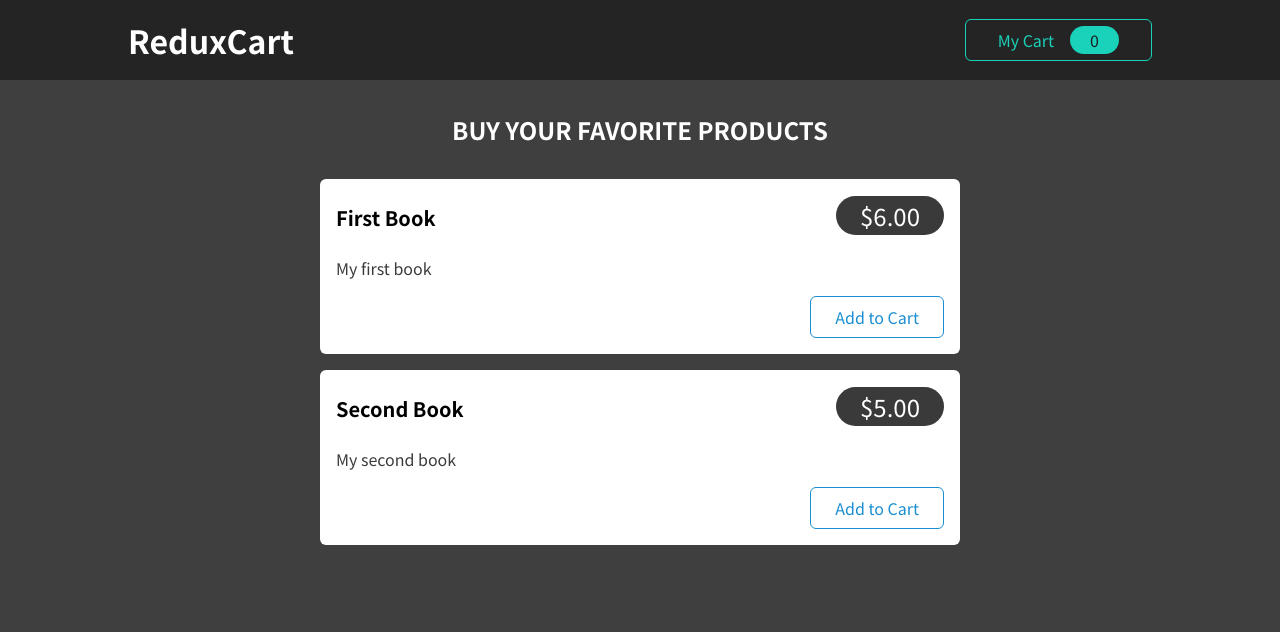
Repository: wenxi0504/13-ReactAdvancedRedux_toolkit
Page: /
These files come from the project's save history. The page is drawn as it stood at one moment and after a run of saves; the edit follows.
The browser window is 1280 px wide. The pictures show the whole page.
The project was rebuilt for these pictures with package versions that can differ from the ones it lists, and the page was loaded fresh each time. Also part of the build but not shown: src/components/Cart/Cart.module.css, src/components/Cart/CartItem.module.css, src/components/Cart/CartItem.js, src/components/Cart/Cart.js.

Above is the page before, as saved 2022-07-20 00:47:03.

### src/App.js
import { useEffect, Fragment } from "react";
import { useSelector, useDispatch } from "react-redux/es/exports";
import Cart from "./components/Cart/Cart";
import Layout from "./components/Layout/Layout";
import Products from "./components/Shop/Products";
import { uiActions } from "./store//ui-slice";

function App() {
  const dispatch = useDispatch();
  const showCart = useSelector((state) => state.ui.cartIsVisible);
  const cart = useSelector((state) => state.cart);
  const notification = useSelector((state) => state.notification);

  //put override the existing data
  useEffect(() => {
    const sendCartData = async () => {
      dispatch(
        uiActions.showNotification({
          status: "pending",
          title: "Sending...",
          message: "Sending cart data",
        })
      );

      const response = await fetch(
        "http://react-http-6b4a6.firebaseio.com/cart.json",
        {
          method: "PUT",
          body: JSON.stringify(cart),
        }
      );
      if (!response.ok) {
        throw new Error("sending cart data failed");
      }

      dispatch(
        uiActions.showNotification({
          status: "success",
          title: "Success",
          message: "Sent cart data successfully",
        })
      );

      // const responseData = await response.json();

      sendCartData().catch((error) => {
        dispatch(
          uiActions.showNotification({
            status: "error",
            title: "Error!",
            message: "Sent cart data failed",
          })
        );
      });
    };
  }, [cart, dispatch]);

  return (
    <Fragment>
      <Layout>
        {showCart && <Cart />}

        <Products />
      </Layout>
    </Fragment>
  );
}

export default App;

### src/store/index.js
import { configureStore } from "@reduxjs/toolkit";
import uiSlice from "./ui-slice";
import cartSlice from "./cart-slice";

const store = configureStore({
  reducer: {
    ui: uiSlice.reducer,
    cart: cartSlice.reducer,
  },
});

export default store;

### src/components/Shop/Products.js
import ProductItem from "./ProductItem";
import classes from "./Products.module.css";

const DUMMY_PRODUCTS = [
  {
    id: "p1",
    price: 6,
    title: "First Book",
    description: "My first book",
  },
  {
    id: "p2",
    price: 5,
    title: "Second Book",
    description: "My second book",
  },
];

const Products = (props) => {
  return (
    <section className={classes.products}>
      <h2>Buy your favorite products</h2>
      <ul>
        {DUMMY_PRODUCTS.map((product) => (
          <ProductItem
            key={product.id}
            id={product.id}
            title={product.title}
            price={product.price}
            description={product.description}
          />
        ))}
      </ul>
    </section>
  );
};

export default Products;

### src/store/ui-slice.js
import { createSlice } from "@reduxjs/toolkit";

const uiSlice = createSlice({
  name: "ui",
  initialState: { cartIsVisible: false, notification: null },
  // map of all methods and actions
  reducers: {
    toggle(state) {
      state.cartIsVisible = !state.cartIsVisible;
    },
  },
  showNotification(state, action) {
    state.notification = {
      status: action.payload.status,
      title: action.payload.title,
      message: action.payload.message,
    };
  },
});

export const uiActions = uiSlice.actions;
export default uiSlice;

### src/store/cart-slice.js
import { createSlice } from "@reduxjs/toolkit";
const cartSlice = createSlice({
  name: "cart",
  initialState: {
    items: [],
    totalQuality: 0,
  },
  reducers: {
    addItemToCart(state, action) {
      const newItem = action.payload;
      const existingItem = state.items.find((item) => item.id === newItem.id);
      state.totalQuality++;
      if (!existingItem) {
        state.items.push({
          id: newItem.id,
          price: newItem.price,
          quality: 1,
          totalPrice: newItem.price,
          name: newItem.title,
        });
      } else {
        existingItem.quality++;
        existingItem.totalPrice = existingItem.totalPrice + newItem.price;
      }
    },
    removeItemFromCart(state, action) {
      const id = action.payload;
      const existingItem = state.items.find((item) => item.id === id);
      state.totalQuality--;
      if (existingItem.quality === 1) {
        state.items = state.items.filter((item) => item.id !== id);
      } else {
        existingItem.quality--;
        existingItem.totalPrice = existingItem.totalPrice - existingItem.price;
      }
    },
  },
});

export const cartActions = cartSlice.actions;
export default cartSlice;

### src/components/Shop/ProductItem.js
import { useDispatch } from "react-redux";
import { cartActions } from "../../store/cart-slice";
import Card from "../UI/Card";
import classes from "./ProductItem.module.css";

const ProductItem = (props) => {
  const dispatch = useDispatch();
  const { title, price, description, id } = props;

  const addToCartHandler = () => {
    dispatch(
      cartActions.addItemToCart({
        id: id,
        title,
        price,
      })
    );
  };

  return (
    <li className={classes.item}>
      <Card>
        <header>
          <h3>{title}</h3>
          <div className={classes.price}>${price.toFixed(2)}</div>
        </header>
        <p>{description}</p>
        <div className={classes.actions}>
          <button onClick={addToCartHandler}>Add to Cart</button>
        </div>
      </Card>
    </li>
  );
};

export default ProductItem;

### src/components/Cart/CartButton.js
import { useDispatch, useSelector } from "react-redux";
import { uiActions } from "../../store/ui-slice";
import classes from "./CartButton.module.css";

const CartButton = (props) => {
  const dispatch = useDispatch();
  //select a piece of data
  const cartQuantity = useSelector((state) => state.cart.totalQuality);
  const toggleCartHandler = () => {
    dispatch(uiActions.toggle());
  };
  return (
    <button className={classes.button} onClick={toggleCartHandler}>
      <span>My Cart</span>
      <span className={classes.badge}>{cartQuantity}</span>
    </button>
  );
};

export default CartButton;

Loaded but not shown: public/index.html (common file); src/index.js (common file); src/index.css (common file); src/components/Layout/Layout.js (common file); src/components/UI/Card.js (common file); src/components/Layout/MainHeader.js (common file); src/components/Shop/Products.module.css (common file); src/components/UI/Card.module.css (common file); src/components/Layout/MainHeader.module.css (common file); src/components/Shop/ProductItem.module.css (common file); src/components/Cart/CartButton.module.css (common file); src/components/UI/Notification.js (common file); src/components/UI/Notification.module.css (common file)

After the next 2 saves:
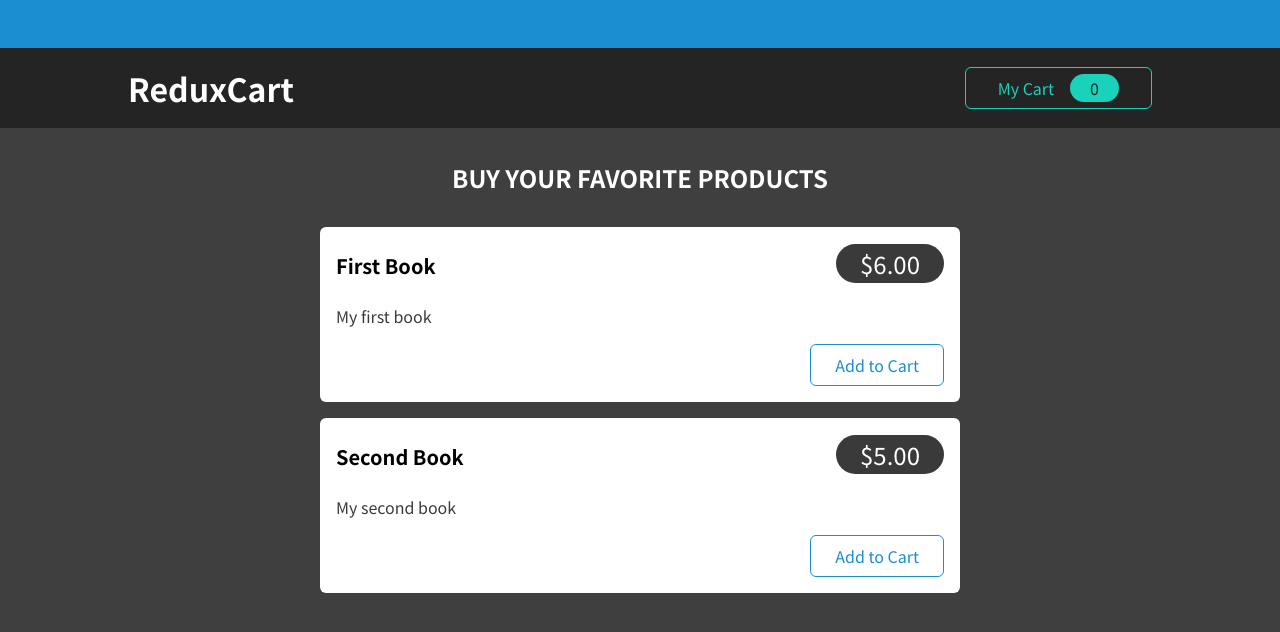
The 2 saves are shown as one change because 1 did not build or start.
The last was saved 57 s later.
--- a/src/App.js
+++ b/src/App.js
@@ -4,6 +4,7 @@
 import Layout from "./components/Layout/Layout";
 import Products from "./components/Shop/Products";
 import { uiActions } from "./store//ui-slice";
+import Notification from "./components/UI/Notification";
 
 function App() {
   const dispatch = useDispatch();
@@ -57,6 +58,7 @@
 
   return (
     <Fragment>
+      <Notification />
       <Layout>
         {showCart && <Cart />}
 

After the save that followed:
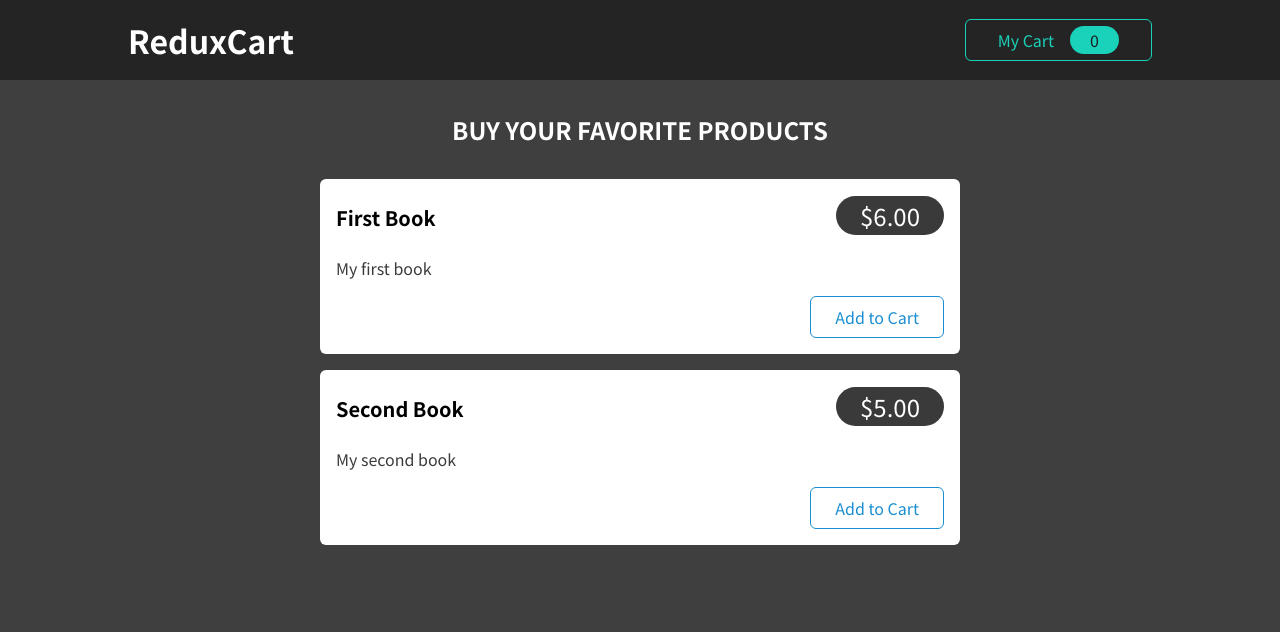
Saved 29 s later.
--- a/src/App.js
+++ b/src/App.js
@@ -58,7 +58,7 @@
 
   return (
     <Fragment>
-      <Notification />
+      {notification && <Notification />}
       <Layout>
         {showCart && <Cart />}
 
